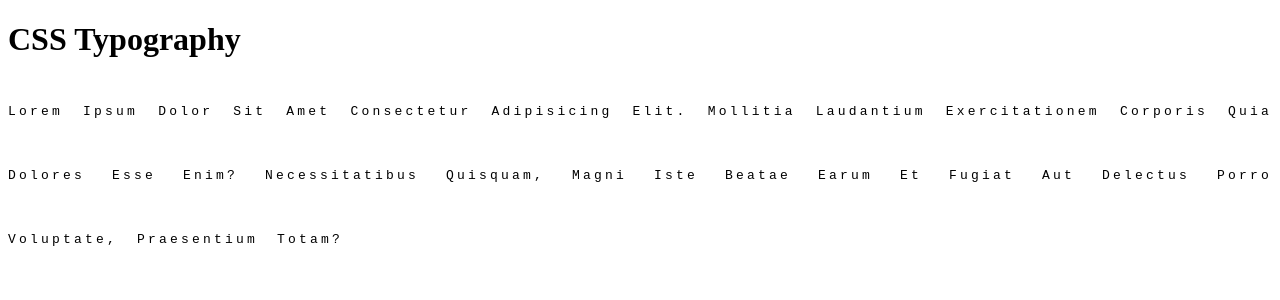
Repository: madhurik9999/Css
Page: index.html
An editor plug-in stored every save of this project. The page is shown before and after the next save, followed by the edit.
The browser window is 1280 px wide. The pictures show the whole page.

Above is the page before, as saved 2023-12-10 13:34:35.

After the next save:
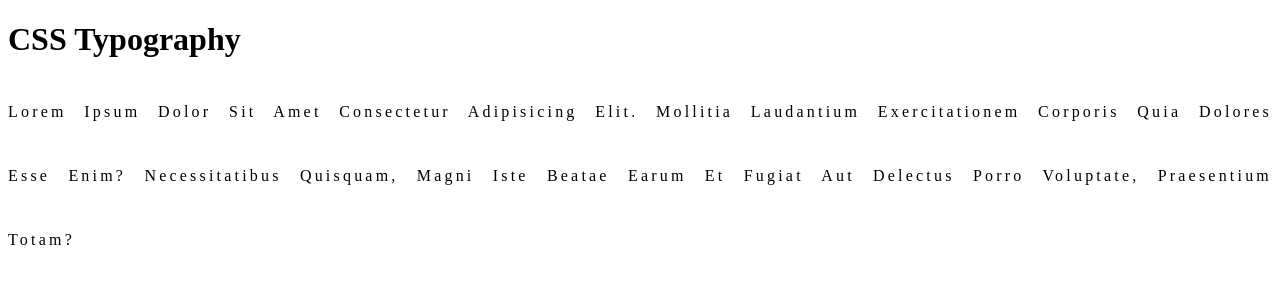
Saved 15 s later.
--- a/styles/style.css
+++ b/styles/style.css
@@ -30,5 +30,5 @@
     /* font-style: italic; */
     /* font-family: Arial, Helvetica, sans-serif; */
     /* font-family: sans-serif; */
-    font-family: monospace;
+    /* font-family: monospace; */
 }
